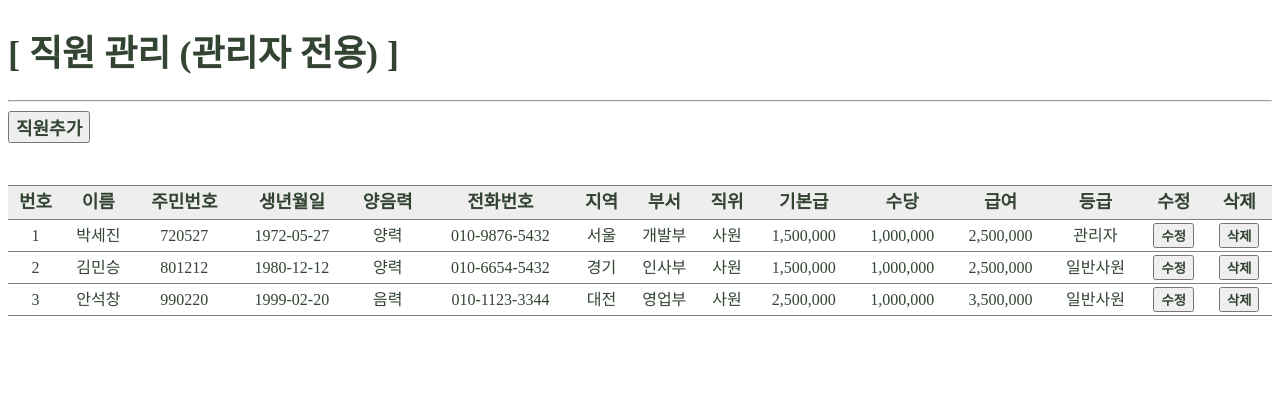
Repository: youngsik0405/SpringMVC
Page: http://localhost/mvc04/EmployeeList.jsp
The author's editor kept a copy of each file at every save. The page is drawn from the files as they stood at one save, then again after the next save.
The browser window is 1280 px wide. The pictures show the whole page.
The page is served by Tomcat 9.

Above is the page before, as saved 2025-02-20 00:41:57.

### mvc04/WebContent/EmployeeList.jsp
<%@ page contentType="text/html; charset=UTF-8"%>
<%@ taglib prefix="c" uri="http://java.sun.com/jsp/jstl/core"%>
<%
	request.setCharacterEncoding("UTF-8");
	String cp = request.getContextPath();
%>
<!DOCTYPE html>
<html>
<head>
<meta charset="UTF-8">
<title>EmployeeList.jsp</title>
<link rel="stylesheet" type="text/css" href="<%=cp %>/css/main.css">
</head>
<body>

<!----------------------------------------------
  #15. EmployeeList.jsp
  - 직원 리스트 출력 페이지
  - 관리자가 접슨하는 직원 데이터 출력 페이지
    → 관리 기능 포함
    → 일반 직원이 접근하는 직원 데이터 출력 페이지는
       EmpList.jsp 로 구성할 예정
------------------------------------------------>

<div>
	<!-- 메뉴 영역 -->
	<div>
	</div>

	<!-- 콘텐츠 영역 -->
	<div id="content">
		<h1>[ 직원 관리 (관리자 전용) ]</h1>
		<hr>


		<div>
			<form action="">
				<input type="button" class="btn" value="직원추가">
			</form>
		</div>
		<br><br>

		<!-------------------------------------------------------
		EMPLOYEEID NAME SSN BIRTHDAY LUNAR LUNARNAME TELEPHONE
		DEPARTMENTID DEPARTMENTNAME POSITIONID POSITIONNAME
		REGIONID REGIONNAME BASICPAY EXTRAPAY PAY GRADE
		---------------------------------------------------------->

		<table id="customers" class="table">
			<tr>
				<!-- 항목 13EA -->
				<th>번호</th>
				<th>이름</th>
				<th>주민번호</th>
				<th>생년월일</th>
				<th>양음력</th>
				<th>전화번호</th>
				<th>지역</th>
				<th>부서</th>
				<th>직위</th>
				<th>기본급</th>
				<th>수당</th>
				<th>급여</th>
				<th>등급</th>

				<!-- 기능 2EA -->
				<th>수정</th>
				<th>삭제</th>
			</tr>

			<tr>
				<td>1</td>
				<td>박세진</td>
				<td>720527</td>
				<td>1972-05-27</td>
				<td>양력</td>
				<td>010-9876-5432</td>
				<td>서울</td>
				<td>개발부</td>
				<td>사원</td>
				<td>1,500,000</td>
				<td>1,000,000</td>
				<td>2,500,000</td>
				<td>관리자</td>

				<td><button type="button" class="btn">수정</button></td>
				<td><button type="button" class="btn">삭제</button></td>
			</tr>
			<tr>
				<td>2</td>
				<td>김민승</td>
				<td>801212</td>
				<td>1980-12-12</td>
				<td>양력</td>
				<td>010-6654-5432</td>
				<td>경기</td>
				<td>인사부</td>
				<td>사원</td>
				<td>1,500,000</td>
				<td>1,000,000</td>
				<td>2,500,000</td>
				<td>일반사원</td>

				<td><button type="button" class="btn">수정</button></td>
				<td><button type="button" class="btn">삭제</button></td>
			</tr>

			<tr>
				<td>3</td>
				<td>안석창</td>
				<td>990220</td>
				<td>1999-02-20</td>
				<td>음력</td>
				<td>010-1123-3344</td>
				<td>대전</td>
				<td>영업부</td>
				<td>사원</td>
				<td>2,500,000</td>
				<td>1,000,000</td>
				<td>3,500,000</td>
				<td>일반사원</td>

				<td><button type="button" class="btn">수정</button></td>
				<td><button type="button" class="btn">삭제</button></td>
			</tr>

		</table>
	</div>


	<!-- 회사 소개 및 어플리케이션 소개 영역 -->
	<div id="footer">
	</div>



</div>


</body>
</html>

### mvc04/WebContent/css/main.css
@charset "UTF-8";

/*======================
  #16. main.css
  - 메인 스타일 구성
=======================*/

*
{
	font-family: 맑은 고딕;
	color: #334433;
}

body, p, div, span, input, table, th, td, select
{
	font-size: 18px;
}

.control
{
	border: 1px solid gray;
	border-radius: 3px;
}

.table
{
	border-collapse: collapse;
	width: 100%;
}

.table th, .table td
{
	border: 1px solid gray;
	border-left: 0px;
	border-right: 0px;
	padding: 3px;
	line-height: 150%;
	text-align: center;
}

.table th
{
	font-weight: bold;
	background-color: #eeeeee;
}

.table td
{
	font-size: 12pt;
}

.btn
{
	cursor : pointer;
	font-weight: bold;
}

.btn:hover
{
	color: #ffffff;
	background-color: #008000;
}

### mvc04/WebContent/EmployeeMenu.jsp
<%@ page contentType="text/html; charset=UTF-8"%>
<%@ taglib prefix="c" uri="http://java.sun.com/jsp/jstl/core"%>
<%
	request.setCharacterEncoding("UTF-8");
	String cp = request.getContextPath();
%>
<!DOCTYPE html>
<html>
<head>
<meta charset="UTF-8">
<title>EmployeeMenu.jsp</title>
<link rel="stylesheet" type="text/css" href="<%=cp %>/css/menuStyle.css">
</head>
<body>

<!-------------------------
  #13. EmployeeMenu.jsp
  - 메인 메뉴 페이지 구성
-------------------------->

<div id="menu">
	<ul>
		<li>
			<a href="" class="menu">직원 관리</a>
		</li>
		<li>
			<a href="" class="menu">지역 관리</a>
		</li>
		<li>
			<a href="" class="menu">부서 관리</a>
		</li>
		<li>
			<a href="" class="menu">직위 관리</a>
		</li>
		<li>
			<a href="" class="menu">로그 아웃</a>
		</li>
	</ul>
</div>

</body>
</html>

### mvc04/WebContent/css/menuStyle.css
@charset "UTF-8";


/*
  #14. menuStyle.css
  - 메뉴 스타일 구성
*/

ul
{
	list-style-type: none;
	margin: 0px;
	padding: 0px;
	overflow: hidden;
}

li
{
	width: 20%;
	float: left;
}

a.menu:link, a.menu:visited
{
	display: block;
	font-weight: bold;
	color: #ffffff;
	background-color: #008000;
	text-align: center;
	padding: 4px;
	text-decoration: none;
	text-transform: uppercase;
	height: 30px;
	font-size: 14pt;
}


a.menu:hover, a.menu:active
{
	background-color: #ffffff;
	color: #008000;
	border: 2px solid #008000;
	border-radius: 5px;
	height: 26px;	/* 30-2-2 */
}

After the next save:
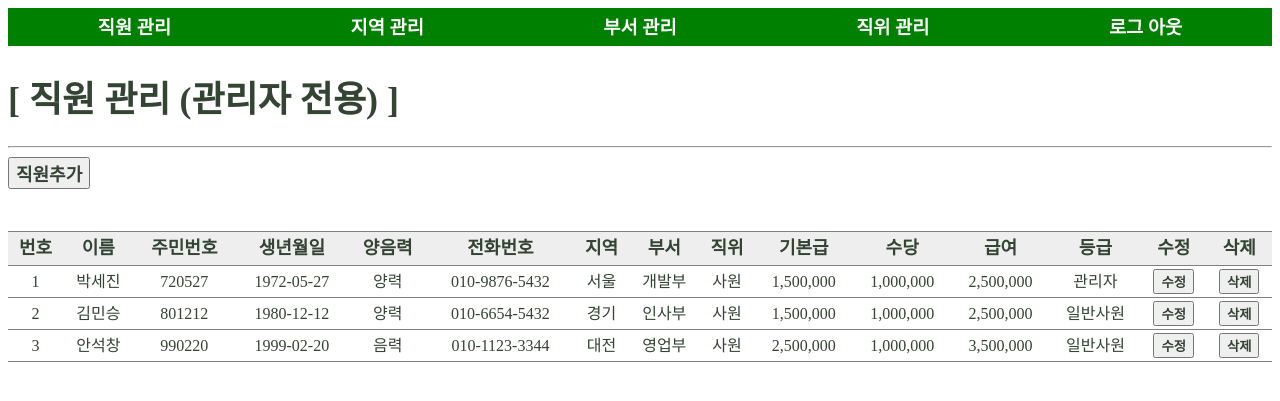
Saved 2 min 4 s later.
--- a/mvc04/WebContent/EmployeeList.jsp
+++ b/mvc04/WebContent/EmployeeList.jsp
@@ -25,6 +25,7 @@
 <div>
 	<!-- 메뉴 영역 -->
 	<div>
+		<c:import url="EmployeeMenu.jsp"></c:import>
 	</div>
 
 	<!-- 콘텐츠 영역 -->
